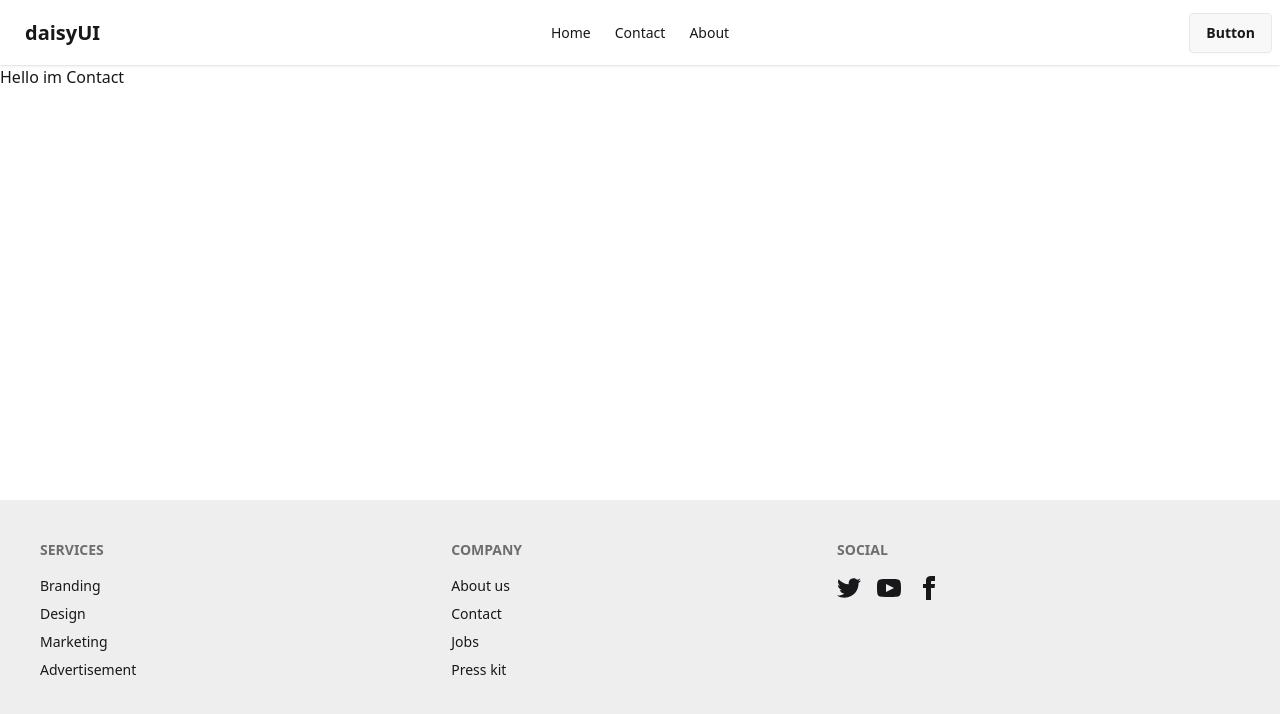
Repository: hasanali3597/my-three
Page: /contact
The author's editor kept a copy of each file at every save. The page is drawn from the files as they stood at one save, then again after a run of saves.
The browser window is 1280 px wide. The pictures show the whole page.
The project was rebuilt for these pictures with package versions that can differ from the ones it lists, and the page was loaded fresh each time. Also part of the build but not shown: vite.config.js, src/pages/Home.jsx, src/pages/About.jsx, src/pages/PlantDetails.jsx, src/components/LoadingSpinner.jsx.

Above is the page before, as saved 2025-11-21 23:55:17.

### index.html
<!doctype html>
<html lang="en">
  <head>
    <meta charset="UTF-8" />
    <link rel="icon" type="image/svg+xml" href="/vite.svg" />
    <meta name="viewport" content="width=device-width, initial-scale=1.0" />
    <title>router-explorer</title>
  </head>
  <body>
    <div id="root"></div>
    <script type="module" src="/src/main.jsx"></script>
  </body>
</html>

### src/main.jsx
import { StrictMode } from "react";
import { createRoot } from "react-dom/client";
import "./index.css";
import { createBrowserRouter } from "react-router";
import { RouterProvider } from "react-router/dom";
import Home from "./Pages/Home.jsx";
import Contact from "./Pages/Contact.jsx";
import About from "./pages/About.jsx";
import Root from "./root/root.jsx";
import PlantDetails from "./pages/PlantDetails.jsx";
import axios from "axios";
import LoadingSpinner from "./components/LoadingSpinner.jsx";

const router = createBrowserRouter([
  {
    path: "/",
    Component: Root,
    children: [
      {
        index: true,
        element: <Home />,
        loader: () => fetch("https://openapi.programming-hero.com/api/plants"),
      },

      {
        path: "/contact",
        element: <Contact />,
      },
      {
        path: "/about",
        element: <About />,
      },
      {
        path: "/plant-details/:id",
        element: <PlantDetails/>,
       loader: ({params})=>
          axios (`https:openapi.programming-hero.com/api/plant/${params.id}`),
      },
    ],
  },
]);

createRoot(document.getElementById("root")).render(
  <StrictMode>
    <RouterProvider router={router} />
  </StrictMode>
);

### src/pages/Contact.jsx
import React from "react";
import Navebar from "../Components/Navebar";
import Footer from "../Components/Footer";

const Contact = () => {
  return (
    <div>
      <p>Hello im Contact</p>
    </div>
  );
};

export default Contact;

### src/root/root.jsx
import React from "react";
import Navebar from "../Components/Navebar";
import Footer from "../Components/Footer";
import { Outlet } from "react-router";

const Root = () => {
  return (
    <div>
      <Navebar />
      <main className="min-h-[calc(100vh-285px)]">
        <Outlet />
      </main>

      <Footer />
    </div>
  );
};

export default Root;

### src/components/Navebar.jsx
import React from "react";
import { Link } from "react-router";

const Navebar = () => {
  return (
    <div className="navbar bg-base-100 shadow-sm">
      <div className="navbar-start">
        <div className="dropdown">
          <div tabIndex={0} role="button" className="btn btn-ghost lg:hidden">
            <svg
              xmlns="http://www.w3.org/2000/svg"
              className="h-5 w-5"
              fill="none"
              viewBox="0 0 24 24"
              stroke="currentColor"
            >
              {" "}
              <path
                strokeLinecap="round"
                strokeLinejoin="round"
                strokeWidth="2"
                d="M4 6h16M4 12h8m-8 6h16"
              />{" "}
            </svg>
          </div>
          <ul
            tabIndex="-1"
            className="menu menu-sm dropdown-content bg-base-100 rounded-box z-1 mt-3 w-52 p-2 shadow"
          >
            <li>
              <Link to="/">Home</Link>
            </li>
            <li>
              <Link to="/contact">Contact</Link>
            </li>
            <li>
              <Link to="/about">About</Link>
            </li>
          </ul>
        </div>
        <a className="btn btn-ghost text-xl">daisyUI</a>
      </div>
      <div className="navbar-center hidden lg:flex">
        <ul className="menu menu-horizontal px-1">
          <li>
            <Link to="/">Home</Link>
          </li>
          <li>
            <Link to="/contact">Contact</Link>
          </li>
          <li>
            <Link to="/about">About</Link>
          </li>
        </ul>
      </div>
      <div className="navbar-end">
        <a className="btn">Button</a>
      </div>
    </div>
  );
};

export default Navebar;

### src/components/Footer.jsx
import React from "react";

const Footer = () => {
  return (
    <footer className="footer sm:footer-horizontal bg-base-300 text-base-content p-10">
      <nav>
        <h6 className="footer-title">Services</h6>
        <a className="link link-hover">Branding</a>
        <a className="link link-hover">Design</a>
        <a className="link link-hover">Marketing</a>
        <a className="link link-hover">Advertisement</a>
      </nav>
      <nav>
        <h6 className="footer-title">Company</h6>
        <a className="link link-hover">About us</a>
        <a className="link link-hover">Contact</a>
        <a className="link link-hover">Jobs</a>
        <a className="link link-hover">Press kit</a>
      </nav>
      <nav>
        <h6 className="footer-title">Social</h6>
        <div className="grid grid-flow-col gap-4">
          <a>
            <svg
              xmlns="http://www.w3.org/2000/svg"
              width="24"
              height="24"
              viewBox="0 0 24 24"
              className="fill-current"
            >
              <path d="M24 4.557c-.883.392-1.832.656-2.828.775 1.017-.609 1.798-1.574 2.165-2.724-.951.564-2.005.974-3.127 1.195-.897-.957-2.178-1.555-3.594-1.555-3.179 0-5.515 2.966-4.797 6.045-4.091-.205-7.719-2.165-10.148-5.144-1.29 2.213-.669 5.108 1.523 6.574-.806-.026-1.566-.247-2.229-.616-.054 2.281 1.581 4.415 3.949 4.89-.693.188-1.452.232-2.224.084.626 1.956 2.444 3.379 4.6 3.419-2.07 1.623-4.678 2.348-7.29 2.04 2.179 1.397 4.768 2.212 7.548 2.212 9.142 0 14.307-7.721 13.995-14.646.962-.695 1.797-1.562 2.457-2.549z"></path>
            </svg>
          </a>
          <a>
            <svg
              xmlns="http://www.w3.org/2000/svg"
              width="24"
              height="24"
              viewBox="0 0 24 24"
              className="fill-current"
            >
              <path d="M19.615 3.184c-3.604-.246-11.631-.245-15.23 0-3.897.266-4.356 2.62-4.385 8.816.029 6.185.484 8.549 4.385 8.816 3.6.245 11.626.246 15.23 0 3.897-.266 4.356-2.62 4.385-8.816-.029-6.185-.484-8.549-4.385-8.816zm-10.615 12.816v-8l8 3.993-8 4.007z"></path>
            </svg>
          </a>
          <a>
            <svg
              xmlns="http://www.w3.org/2000/svg"
              width="24"
              height="24"
              viewBox="0 0 24 24"
              className="fill-current"
            >
              <path d="M9 8h-3v4h3v12h5v-12h3.642l.358-4h-4v-1.667c0-.955.192-1.333 1.115-1.333h2.885v-5h-3.808c-3.596 0-5.192 1.583-5.192 4.615v3.385z"></path>
            </svg>
          </a>
        </div>
      </nav>
    </footer>
  );
};

export default Footer;

Loaded but not shown: src/index.css (common file)

After the next 11 saves:
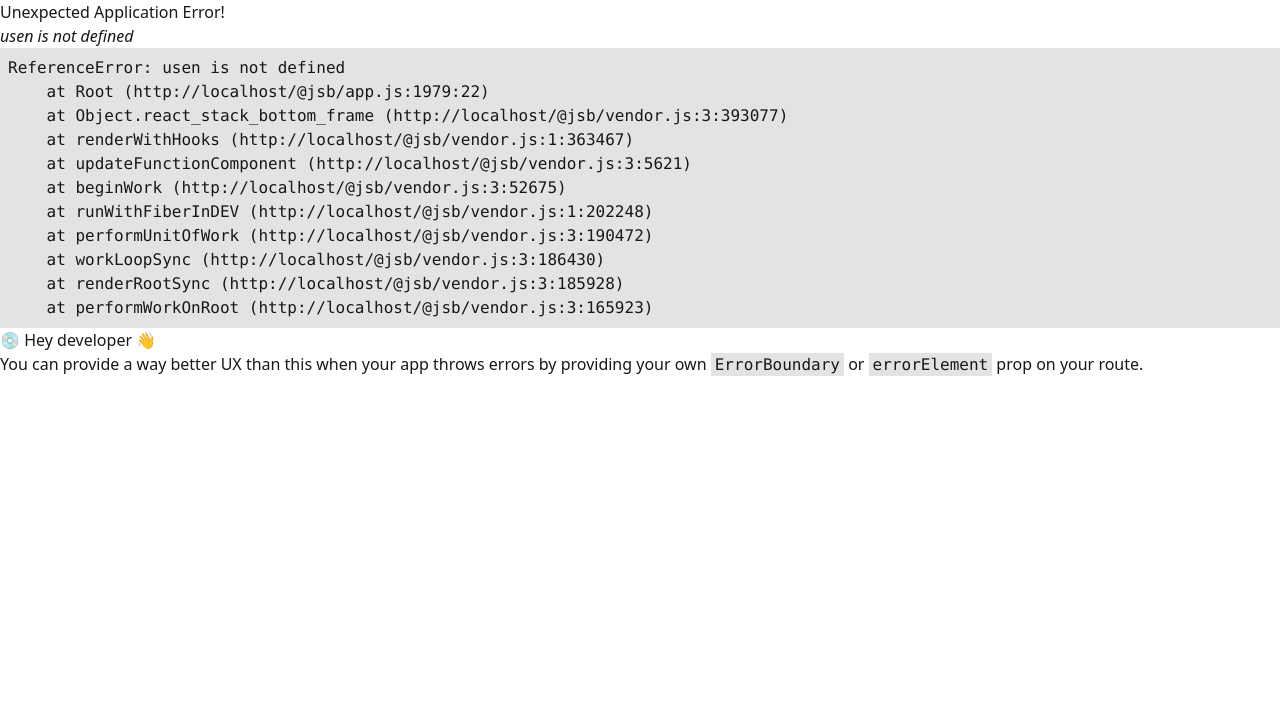
The 11 saves are shown as one change because 2 did not build or start and some came seconds apart.
The last was saved 6 min 32 s later.
--- a/src/root/root.jsx
+++ b/src/root/root.jsx
@@ -4,6 +4,7 @@
 import { Outlet } from "react-router";
 
 const Root = () => {
+  const navigation =usen
   return (
     <div>
       <Navebar />
